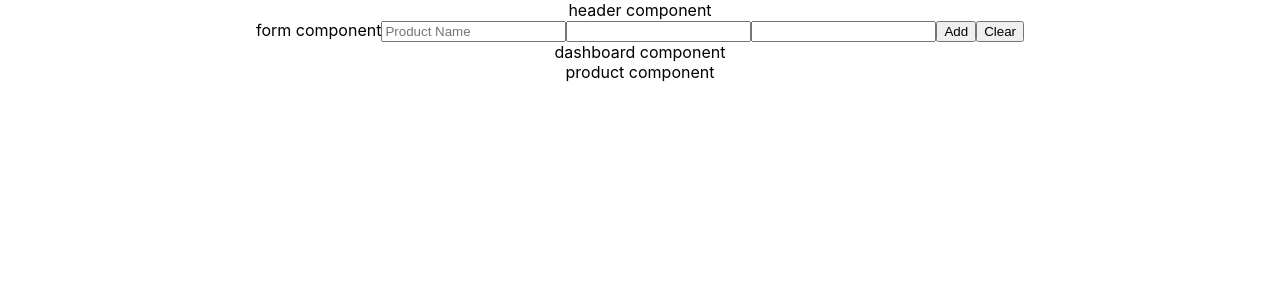
Repository: ooter37/shelfie
Page: /
These files come from the project's save history. The page is drawn as it stood at one moment and after the next save; the edit follows.
The browser window is 1280 px wide. The pictures show the whole page.
The project was rebuilt for these pictures with package versions that can differ from the ones it lists, and the page was loaded fresh each time.

Above is the page before, as saved 2020-04-03 10:29:32.

### src/App.js
import React from 'react';

import './App.css';
import Header from './Components/Header/Header'
import Dashboard from './Components/Dashboard/Dashboard'
import Form from './Components/Form/Form'

function App() {
  return (
    <div className="App">
      <Header/>
      <Form/>
      <Dashboard/>
    </div>
  );
}

export default App;

### src/Components/Header/Header.js
import React from 'react'

export default class Header extends React.Component {
    // constructor() {
    //     super()
    // }
    render() {
        return (
            <div>header component</div>
        )
    }
}

### src/Components/Dashboard/Dashboard.js
import React from 'react'
import Product from '../Product/Product'

export default class Dashboard extends React.Component {
    // constructor() {
    //     super()
    // }
    render() {
        return (
            <div>
                dashboard component
                <Product/>

            </div>
        )
    }
}

### src/Components/Form/Form.js
import React from 'react'

export default class Form extends React.Component {
    constructor() {
        super()
        this.state = {
            name: '',
            price: 0,
            img: ''
        }
    }
    nameChangeHandler(e) {
        this.setState({
            name: e.target.value
        })
    }


    render() {
        console.log(this.state)
        return (
            <div>form component
                <input
                    name='name'
                    value={this.state.name}
                    onChange={e => this.nameChangeHandler(e)}
                    placeholder='Product Name'
                    type='text'
                ></input>
                <input></input>
                <input></input>
                <button>Add</button>
                <button>Clear</button>
            </div>
        )
    }
}

### src/Components/Product/Product.js
import React from 'react'

export default class Product extends React.Component {
    // constructor() {
    //     super()
    // }
    render() {
        return (
            <div>product component</div>
        )
    }
}

Loaded but not shown: public/index.html (common file); src/index.js (common file); src/index.css (common file); src/serviceWorker.js (common file); src/App.css (common file)

After the next save:
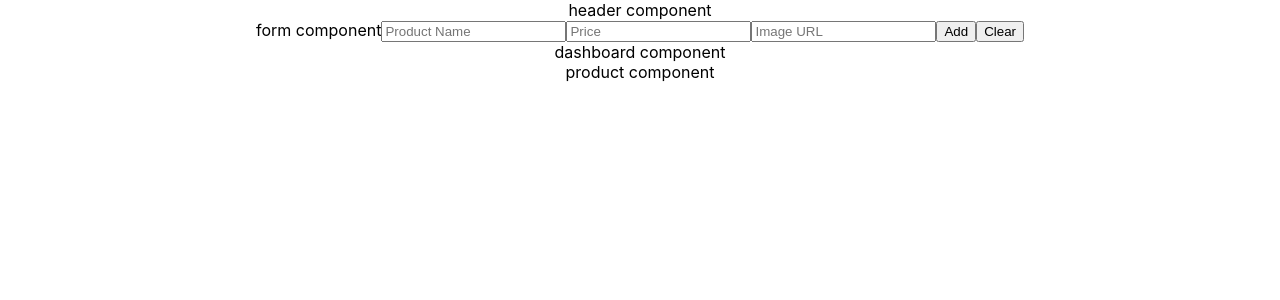
Saved 6 min 30 s later.
--- a/src/Components/Form/Form.js
+++ b/src/Components/Form/Form.js
@@ -14,6 +14,16 @@ export default class Form extends React.Component {
             name: e.target.value
         })
     }
+    priceChangeHandler(e) {
+        this.setState({
+            name: e.target.value
+        })
+    }
+    imgChangeHandler(e) {
+        this.setState({
+            name: e.target.value
+        })
+    }
 
 
     render() {
@@ -21,14 +31,26 @@ export default class Form extends React.Component {
         return (
             <div>form component
                 <input
-                    name='name'
+                    name='productName'
                     value={this.state.name}
                     onChange={e => this.nameChangeHandler(e)}
                     placeholder='Product Name'
                     type='text'
+                    ></input>
+                <input
+                    name='producePrice'
+                    value={this.state.name}
+                    onChange={e => this.priceChangeHandler(e)}
+                    placeholder='Price'
+                    type='text'
                 ></input>
-                <input></input>
-                <input></input>
+                <input
+                    name='productImage'
+                    value={this.state.name}
+                    onChange={e => this.imgChangeHandler(e)}
+                    placeholder='Image URL'
+                    type='text'
+                ></input>
                 <button>Add</button>
                 <button>Clear</button>
             </div>
